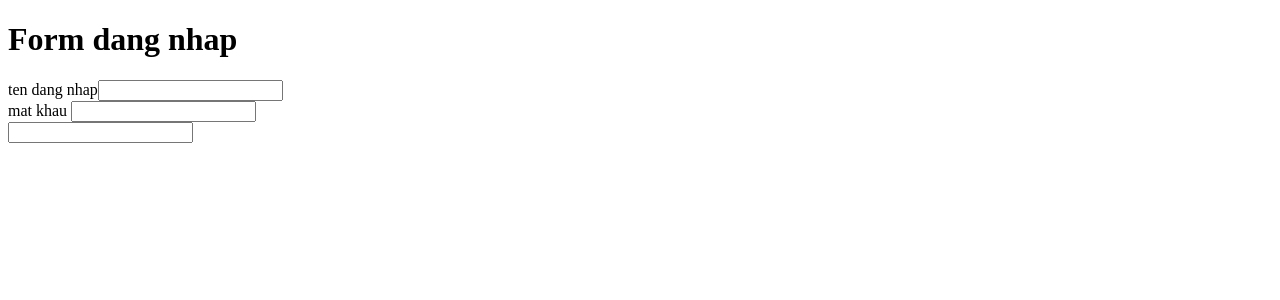
Repository: iamwind-dev/PHP
Page: http://localhost/tuan2/bai1/bai1.php
An editor plug-in stored every save of this project. The page is shown before and after a run of saves, followed by the edit.
The browser window is 1280 px wide. The pictures show the whole page.
The page is run by PHP 8.4 with error messages shown; the project is at /var/www/html/.

Above is the page before, as saved 2023-09-15 14:49:57.

After the next 2 saves:
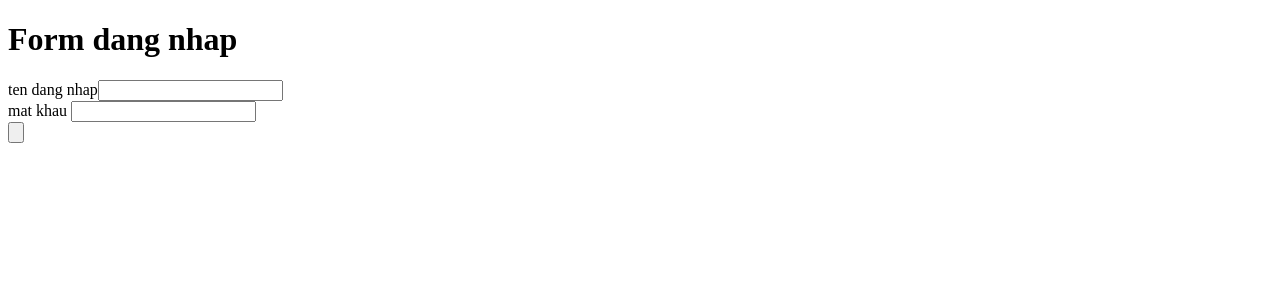
The 2 saves are shown as one change because they came seconds apart.
The last was saved 8 s later.
--- a/tuan2/bai1/bai1.php
+++ b/tuan2/bai1/bai1.php
@@ -15,7 +15,7 @@
     <form action="xulydangnhap.php" method="GET">
         ten dang nhap<input type="text" name="username"><br>
         mat khau <input type="password" name="password"><br>
-        <input type="text">
+        <input type="submit" value>
 </body>
 
 </html>
